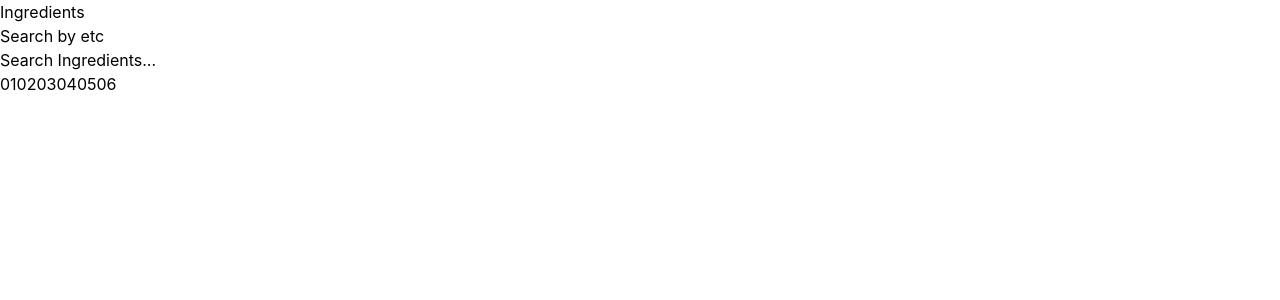
Repository: thais-chen/Meal
Page: /ingredients (app in meal-plan/)
These files come from the project's save history. The page is drawn as it stood at one moment and after the next save; the edit follows.
The browser window is 1280 px wide. The pictures show the whole page.
The project was rebuilt for these pictures with package versions that can differ from the ones it lists, and the page was loaded fresh each time. The framework's server and built-in components were replaced by stand-ins that run in the browser. Also part of the build but not shown: meal-plan/next.config.js.

Above is the page before, as saved 2022-08-09 15:23:16.

### meal-plan/pages/ingredients.js
import Heading from "../comps/Heading";
import Form from "../comps/Form";
import Grid from "../comps/Grid";

export default function Ingredients(){

    return (
      <>
        <Heading
            heading = "Ingredients"
            info = "Search by etc"/>

        <Form
            label = "Search Ingredients..." />
        <Grid />
      </>
    );
}

### meal-plan/comps/Heading.js

const Heading = (props) => {
    return(
        <div>
            <h1> {props.heading}</h1>
            <p>{props.info}</p>
        </div>
    )
}
export default Heading;

### meal-plan/comps/Form.js
import { useState } from "react";

const Form = (props) => {
    const [form,setForm] = useState({
        value: ''
    });

  return (

      <label>
        {props.label}
        <input
          value={form.value}
          onChange={(e) => {
            setForm({
              ...form,
              value: e.target.value,
            });
          }}
        />
      </label>


  );
};
export default Form;

### meal-plan/comps/Grid.js

const Grid = () => {

    return (
      <div className="grid gap-4 grid-cols-3 grid-rows-3">
        <span>01</span>
        <span>02</span>
        <span>03</span>
        <span>04</span>
        <span>05</span>
        <span>06</span>
      </div>
    );
}
export default Grid;

Loaded but not shown: meal-plan/pages/_app.js (common file); meal-plan/styles/globals.css (common file); meal-plan/tailwind.config.js (common file)

After the next save:
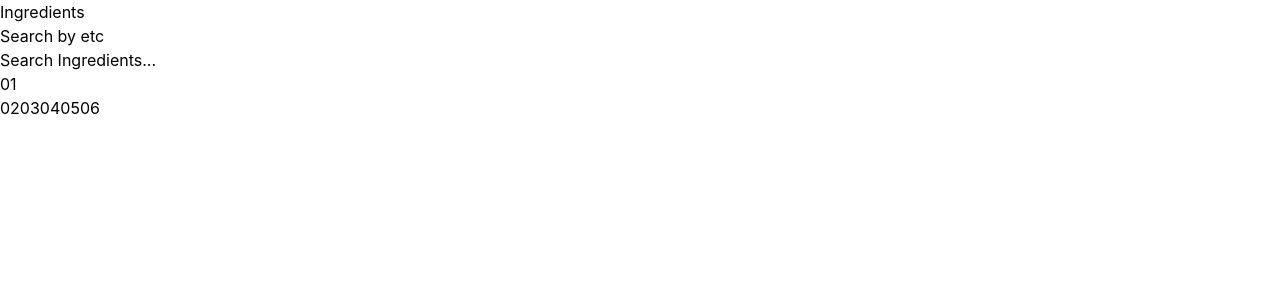
Saved 6 s later.
--- a/meal-plan/comps/Grid.js
+++ b/meal-plan/comps/Grid.js
@@ -3,7 +3,7 @@ const Grid = () => {
 
     return (
       <div className="grid gap-4 grid-cols-3 grid-rows-3">
-        <span>01</span>
+        <div>01</div>
         <span>02</span>
         <span>03</span>
         <span>04</span>
